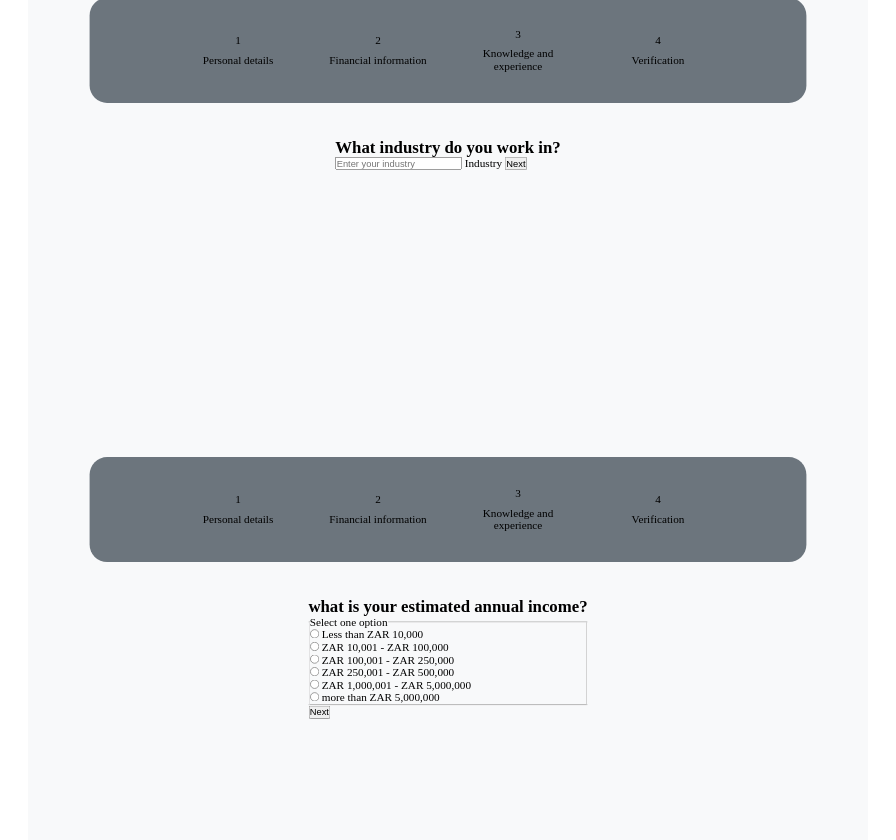
Repository: Jacques-Jaki-Morkel/vaultmarkets_SignupFlow
Page: index.HTML
The author's editor kept a copy of each file at every save. The page is drawn from the files as they stood at one save, then again after the next save.
The browser window is 1280 px wide. The pictures show the part of the page from y = 3840 to 5760 px (the page is 5040 px tall before and 5760 px after), at 70% of full size.

Above is the page before, as saved 2025-07-30 15:21:36.

### index.HTML
<!DOCTYPE html>
<html lang="en">

<head>
    <meta charset="UTF-8">
    <meta name="viewport" content="width=device-width, initial-scale=1.0">
    <title>Vault Markets - SignUP flow
    </title>
    <link rel="stylesheet" href="styles.css">
</head>

<body>
    <!-- Open account Section -  page 1  -->
    <section class="container-size openAccount-1">
        <div class="col-1">
            <h1>Open an account with Scope Markets</h1>
            <p>Join thousands of traders who trust Scope Markets for their trading needs.</p>
            <h2>Why trade with Scope Markets:</h2>
            <p>Here is why thousands of customers choose to trade with Scope Markets:</p>
            <ul>
                <li>Scope Invest account</li>
                <li>Competitive trading conditions</li>
                <li>Advanced trading platforms</li>
                <li>Fast and convenient transactions</li>
                <li>Excellent multilingual customer support</li>
                <li>Authorized and regulated by the FSCA</li>
            </ul>
        </div>

        <div class="col-2">
            <h2>Open an account</h2>
            <p>Already have an account? <a href="#">Login here</a></p>

            <form action="#" method="POST">
                <label for="email">E-mail</label>
                <input type="email" id="email" name="email" required>

                <label for="password">Password</label>
                <input type="password" id="password" name="password" required>

                <div>
                    <input type="checkbox" id="privacy" name="privacy" required>
                    <label for="privacy">I agree to the <a href="#">Privacy Policy</a>.</label>
                </div>

                <div>
                    <input type="checkbox" id="marketing" name="marketing">
                    <label for="marketing">I agree to receive marketing and promotional communications</label>
                </div>

                <button type="submit">Register</button>
            </form>
        </div>
    </section>

    <!-- Personal details Section -  page 1  -->
    <section class="container-size personal-2">
        <!-- Row 1: Progress Bar -->
        <div class="progress-bar-wrapper">
            <div class="progress-bar">
                <ol class="progress-steps">
                    <li>
                        <div>1</div>
                        <p>Personal details</p>
                    </li>
                    <li>
                        <div>2</div>
                        <p>Financial information</p>
                    </li>
                    <li>
                        <div>3</div>
                        <p>Knowledge and experience</p>
                    </li>
                    <li>
                        <div>4</div>
                        <p>Verification</p>
                    </li>
                </ol>
            </div>
        </div>

        <!-- Row 2: Form -->
        <div>
            <h2>Personal Details</h2>
            <p>Must match details on your ID / passport</p>

            <form action="#" method="POST">

                <!-- Title -->
                <div>
                    <label for="title">Title</label>
                    <select id="title" name="title" required>
                        <option value="">Select title</option>
                        <option value="mr">Mr</option>
                        <option value="mrs">Mrs</option>
                        <option value="ms">Ms</option>
                        <option value="dr">Dr</option>
                    </select>
                </div>

                <!-- Name -->
                <div>
                    <label for="first-name">First name</label>
                    <input type="text" id="first-name" name="first-name" required>

                    <label for="last-name">Last name</label>
                    <input type="text" id="last-name" name="last-name" required>
                </div>

                <!-- Date of Birth -->
                <div>
                    <label>Date of birth</label>
                    <select name="dob-day" required>
                        <option value="">Day</option>
                        <!-- Add 1–31 -->
                    </select>
                    <select name="dob-month" required>
                        <option value="">Month</option>
                        <!-- Add Jan–Dec -->
                    </select>
                    <select name="dob-year" required>
                        <option value="">Year</option>
                        <!-- Add dynamic years -->
                    </select>
                </div>

                <!-- Nationality -->
                <div>
                    <label for="nationality">Nationality</label>
                    <select id="nationality" name="nationality" required>
                        <option value="za" selected>South Africa</option>
                        <!-- Add more options -->
                    </select>
                </div>

                <!-- Phone -->
                <div>
                    <label for="phone">Phone</label>
                    <div>
                        <select name="country-code" required>
                            <option value="+27">+27</option>
                            <!-- Add other country codes if needed -->
                        </select>
                        <input type="tel" id="phone" name="phone" required>
                    </div>
                </div>

                <button type="submit">Next</button>
            </form>
    </section>
    <!-- End of Personal details Section - page 1 -->


    <!-- Personal details Section - page 2 continued -->
    <section class="container-size personal-2">
        <!-- Row 1: Progress Bar -->
        <div class="progress-bar-wrapper">
            <div class="progress-bar">
                <ol class="progress-steps">
                    <li>
                        <div>1</div>
                        <p>Personal details</p>
                    </li>
                    <li>
                        <div>2</div>
                        <p>Financial information</p>
                    </li>
                    <li>
                        <div>3</div>
                        <p>Knowledge and experience</p>
                    </li>
                    <li>
                        <div>4</div>
                        <p>Verification</p>
                    </li>
                </ol>
            </div>
        </div>

        <!-- Row 2: Form -->
        <div>
            <h2>Personal Details</h2>
            <p>Must match details on your ID / passport</p>

            <form action="#" method="POST">

                <!-- Residence Country -->
                <div>
                    <label for="residence-country">Residence country</label>
                    <select id="residence-country" name="residence-country" required>
                        <option value="za" selected>South Africa</option>
                        <!-- Add more countries as needed -->
                    </select>
                </div>

                <!-- FATCA Declaration -->
                <div>
                    <input type="checkbox" id="fatca" name="fatca" required>
                    <label for="fatca">I am not a citizen or resident of the United States of America for tax
                        purposes.</label>
                </div>

                <!-- Terms and Conditions Agreement -->
                <div>
                    <input type="checkbox" id="terms" name="terms" required>
                    <label for="terms">
                        I agree to the
                        <a href="#">Terms & Conditions</a>,
                        <a href="#">Complaints Dispute Policy</a>,
                        <a href="#">FAIS Disclosure</a> and
                        <a href="#">Risk Disclosure</a>.
                    </label>
                </div>

                <button type="submit">Next</button>
            </form>
    </section>
    <!-- End of Personal details Section - page 2 -->


    <!-- Personal details Section - page 3 continued -->
    <section class="container-size personal-2">
        <!-- Row 1: Progress Bar -->
        <div class="progress-bar-wrapper">
            <div class="progress-bar">
                <ol class="progress-steps">
                    <li>
                        <div>1</div>
                        <p>Personal details</p>
                    </li>
                    <li>
                        <div>2</div>
                        <p>Financial information</p>
                    </li>
                    <li>
                        <div>3</div>
                        <p>Knowledge and experience</p>
                    </li>
                    <li>
                        <div>4</div>
                        <p>Verification</p>
                    </li>
                </ol>
            </div>
        </div>

        <!-- Row 2: Form -->
        <div>
            <h2>Have you or any of your close family members ever held, or currently hold.</h2>


            <form action="#" method="POST">

                <!-- Residence Country -->
                <div>
                    <p>(Parents, spouse/partner, children and their spouses/partners)</p>
                </div>

                <!-- country Declaration -->
                <div>
                    <input type="checkbox" id="domestic" name="domestic" required>
                    <label for="domestic">A domestic prominent public function in the
                        country</label>
                </div>

                <!-- foreign country declaration -->
                <div>
                    <input type="checkbox" id="foreign" name="foreign" required>
                    <label for="foreign">A prominent public function in any foreign
                        country</label>
                </div>

                <!-- none country declaration -->
                <div>
                    <input type="checkbox" id="none" name="none" required>
                    <label for="none">None of the above</label>
                </div>

                <button type="submit">Next</button>
            </form>
    </section>
    <!-- End of Personal details Section - page 3 -->


    <!-- Financial information Section - page 1 -->
    <section class="container-size personal-2">
        <!-- Row 1: Progress Bar -->
        <div class="progress-bar-wrapper">
            <div class="progress-bar">
                <ol class="progress-steps">
                    <li>
                        <div>1</div>
                        <p>Personal details</p>
                    </li>
                    <li>
                        <div>2</div>
                        <p>Financial information</p>
                    </li>
                    <li>
                        <div>3</div>
                        <p>Knowledge and experience</p>
                    </li>
                    <li>
                        <div>4</div>
                        <p>Verification</p>
                    </li>
                </ol>
            </div>
        </div>

        <!-- Row 2: Form -->
        <div>
            <h2>What is you current employment status?</h2>


            <form action="#" method="POST">

                <!-- Select 1 option -->
                <fieldset>
                    <legend>Select one option</legend>

                    <div>
                        <input type="radio" id="option1" name="selection" value="option1" required>
                        <label for="option1">Employed</label>
                    </div>

                    <div>
                        <input type="radio" id="option2" name="selection" value="option2">
                        <label for="option2">Self-employed</label>
                    </div>

                    <div>
                        <input type="radio" id="option3" name="selection" value="option3">
                        <label for="option3">Retired</label>
                    </div>

                    <div>
                        <input type="radio" id="option4" name="selection" value="option4">
                        <label for="option4">Unemployed</label>
                    </div>

                    <div>
                        <input type="radio" id="option5" name="selection" value="option5">
                        <label for="option5">Student</label>
                    </div>
                </fieldset>
                <button type="submit">Next</button>
            </form>
    </section>
    <!-- End of Financial information Section - page 1 -->

    <!-- Financial information Section - page 2 continued -->
    <section class="container-size personal-2">
        <!-- Row 1: Progress Bar -->
        <div class="progress-bar-wrapper">
            <div class="progress-bar">
                <ol class="progress-steps">
                    <li>
                        <div>1</div>
                        <p>Personal details</p>
                    </li>
                    <li>
                        <div>2</div>
                        <p>Financial information</p>
                    </li>
                    <li>
                        <div>3</div>
                        <p>Knowledge and experience</p>
                    </li>
                    <li>
                        <div>4</div>
                        <p>Verification</p>
                    </li>
                </ol>
            </div>
        </div>

        <!-- Row 2: Form -->
        <div>
            <h2>What industry do you work in?</h2>

            <form action="#" method="POST">

                <!-- Select 1 option -->
                <input type="text" id="industry" name="industry" placeholder="Enter your industry" required>
                <label for="industry">Industry</label>



                <button type="submit">Next</button>
            </form>
    </section>
    <!-- End of Financial information Section - page 2 -->

    <!-- Financial information Section - page 3 continued -->
    <section class="container-size personal-2">
        <!-- Row 1: Progress Bar -->
        <div class="progress-bar-wrapper">
            <div class="progress-bar">
                <ol class="progress-steps">
                    <li>
                        <div>1</div>
                        <p>Personal details</p>
                    </li>
                    <li>
                        <div>2</div>
                        <p>Financial information</p>
                    </li>
                    <li>
                        <div>3</div>
                        <p>Knowledge and experience</p>
                    </li>
                    <li>
                        <div>4</div>
                        <p>Verification</p>
                    </li>
                </ol>
            </div>
        </div>

        <!-- Row 2: Form -->
        <div>
            <h2>what is your estimated annual income?</h2>

            <form action="#" method="POST">
                <!-- Select 1 option -->
                <fieldset>
                    <legend>Select one option</legend>

                    <div>
                        <input type="radio" id="option1" name="selection" value="option1" required>
                        <label for="option1">Less than ZAR 10,000</label>
                    </div>

                    <div>
                        <input type="radio" id="option2" name="selection" value="option2">
                        <label for="option2">ZAR 10,001 - ZAR 100,000</label>
                    </div>

                    <div>
                        <input type="radio" id="option3" name="selection" value="option3">
                        <label for="option3">ZAR 100,001 - ZAR 250,000</label>
                    </div>

                    <div>
                        <input type="radio" id="option4" name="selection" value="option4">
                        <label for="option4">ZAR 250,001 - ZAR 500,000</label>
                    </div>

                    <div>
                        <input type="radio" id="option5" name="selection" value="option5">
                        <label for="option5">ZAR 1,000,001 - ZAR 5,000,000</label>
                    </div>
                    <div>
                        <input type="radio" id="option6" name="selection" value="option6">
                        <label for="option6">more than ZAR 5,000,000</label>
                    </div>
                </fieldset>
                <button type="submit">Next</button>
            </form>
    </section>
    <!-- End of Financial information Section - page 3 -->

    <script src="script.js"></script>
</body>

</html>

### styles.css
/* Reset and Base Styles */
* {
    margin: 0;
    padding: 0;
    box-sizing: border-box;
}

:root {
    --primary-color: #c89006;
    --secondary-color: #6c757d;
    --background-color: #f8f9fa;
    --text-color: #292929;
    --link-color: #007bff;
}

.container-size {
    max-width: 1200px;
    margin: 0 auto;
    padding: 0 20px;
}

/* start of sigh up flow styling here */

/* page #1 in sign up flow */
.openAccount-1

/* Signup open account start */
    {
    display: flex;
    flex-direction: row;
    align-items: center;
    justify-content: center;
    height: 100vh;
    background-color: var(--background-color);
}

/* Signup open account end */

/* Progress bar styling here */
.progress-bar-wrapper

/* progress bar */
    {
    margin-bottom: 50px;
}

.progress-bar {
    display: flex;
    flex-direction: row;
    align-items: center;
    justify-content: center;
    width: 80vw;
    height: 150px;
    background-color: var(--secondary-color);
    border-radius: 25px;

}

.progress-steps {
    gap: 50px;
    display: flex;
    justify-content: flex-start;
    flex-direction: row;
    align-items: center;
}

.progress-steps li {
    width: 150px;
    gap: 10px;
    display: flex;
    flex-direction: column;
    align-items: center;
}

.progress-steps li p {
    text-align: center;
}

/* page #2 in sign up flow */
.personal-2

/* Signup personal details */
    {
    display: flex;
    flex-direction: column;
    align-items: center;
    justify-content: center;
    height: 100vh;
    background-color: var(--background-color);
}

Loaded but not shown: script.js (no stored copy; drawn as an empty file)

After the next save:
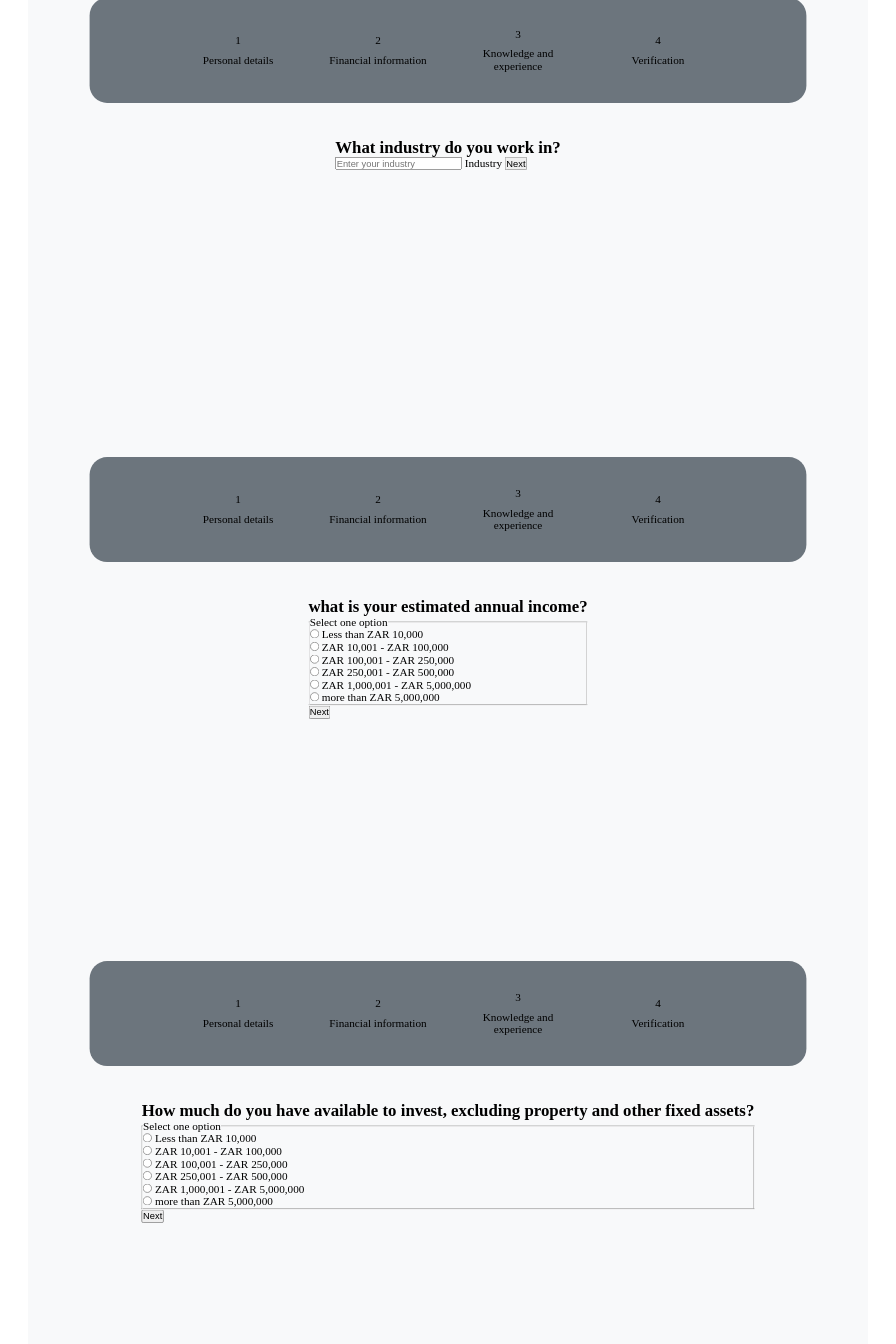
Saved 2 min 21 s later.
--- a/index.HTML
+++ b/index.HTML
@@ -461,6 +461,75 @@
     </section>
     <!-- End of Financial information Section - page 3 -->
 
+    <!-- Financial information Section - page 4 continued -->
+    <section class="container-size personal-2">
+        <!-- Row 1: Progress Bar -->
+        <div class="progress-bar-wrapper">
+            <div class="progress-bar">
+                <ol class="progress-steps">
+                    <li>
+                        <div>1</div>
+                        <p>Personal details</p>
+                    </li>
+                    <li>
+                        <div>2</div>
+                        <p>Financial information</p>
+                    </li>
+                    <li>
+                        <div>3</div>
+                        <p>Knowledge and experience</p>
+                    </li>
+                    <li>
+                        <div>4</div>
+                        <p>Verification</p>
+                    </li>
+                </ol>
+            </div>
+        </div>
+
+        <!-- Row 2: Form -->
+        <div>
+            <h2>How much do you have available to invest, excluding property and other fixed assets?</h2>
+
+            <form action="#" method="POST">
+                <!-- Select 1 option -->
+                <fieldset>
+                    <legend>Select one option</legend>
+
+                    <div>
+                        <input type="radio" id="option1" name="selection" value="option1" required>
+                        <label for="option1">Less than ZAR 10,000</label>
+                    </div>
+
+                    <div>
+                        <input type="radio" id="option2" name="selection" value="option2">
+                        <label for="option2">ZAR 10,001 - ZAR 100,000</label>
+                    </div>
+
+                    <div>
+                        <input type="radio" id="option3" name="selection" value="option3">
+                        <label for="option3">ZAR 100,001 - ZAR 250,000</label>
+                    </div>
+
+                    <div>
+                        <input type="radio" id="option4" name="selection" value="option4">
+                        <label for="option4">ZAR 250,001 - ZAR 500,000</label>
+                    </div>
+
+                    <div>
+                        <input type="radio" id="option5" name="selection" value="option5">
+                        <label for="option5">ZAR 1,000,001 - ZAR 5,000,000</label>
+                    </div>
+                    <div>
+                        <input type="radio" id="option6" name="selection" value="option6">
+                        <label for="option6">more than ZAR 5,000,000</label>
+                    </div>
+                </fieldset>
+                <button type="submit">Next</button>
+            </form>
+    </section>
+    <!-- End of Financial information Section - page 4 -->
+
     <script src="script.js"></script>
 </body>
 
